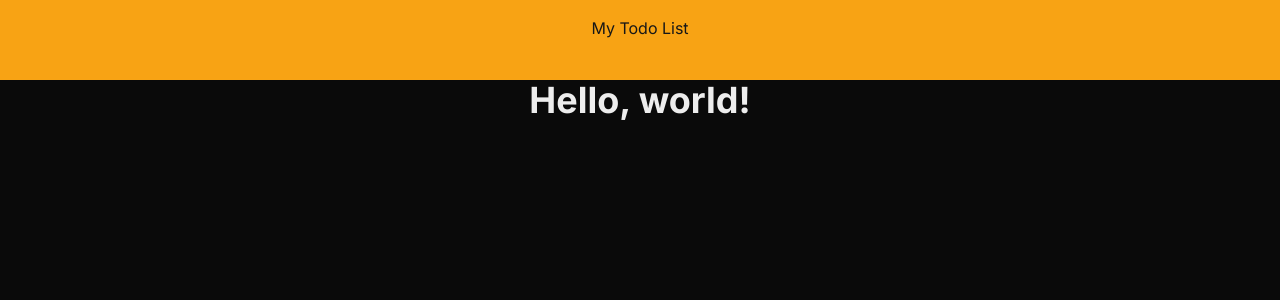
Repository: SergioAcostaTer/playas-canarias
Page: /
An editor plug-in stored every save of this project. The page is shown before and after the next save, followed by the edit.
The browser window is 1280 px wide. The pictures show the whole page.
The project was rebuilt for these pictures with package versions that can differ from the ones it lists, and the page was loaded fresh each time. The framework's server and built-in components were replaced by stand-ins that run in the browser. Also part of the build but not shown: next.config.ts.

Above is the page before, as saved 2025-01-29 11:04:15.

After the next save:
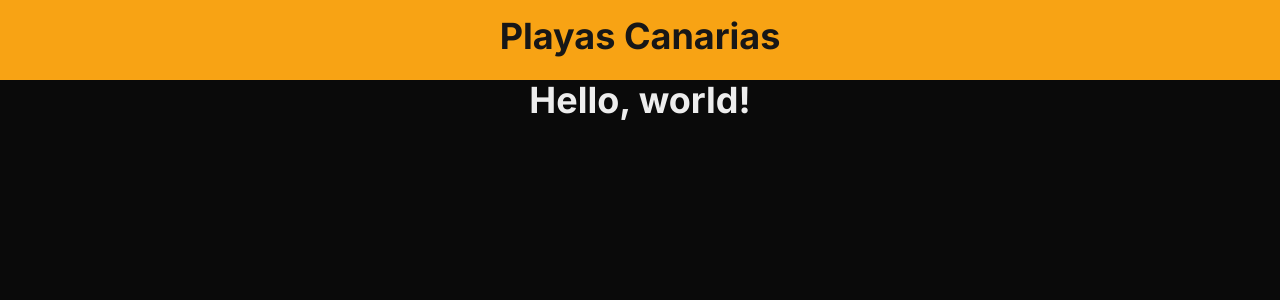
Saved 27 s later.
--- a/src/components/Header.tsx
+++ b/src/components/Header.tsx
@@ -1,7 +1,9 @@
 const Header = () => {
   return (
     <header className="text-center p-4 h-14 md:h-20 bg-[var(--header-bg)] text-[var(--header-text)]">
-      <h1>My Todo List</h1>
+      <h1 className="text-2xl md:text-4xl font-bold">
+        Playas Canarias
+      </h1>
     </header>
   );
 };
